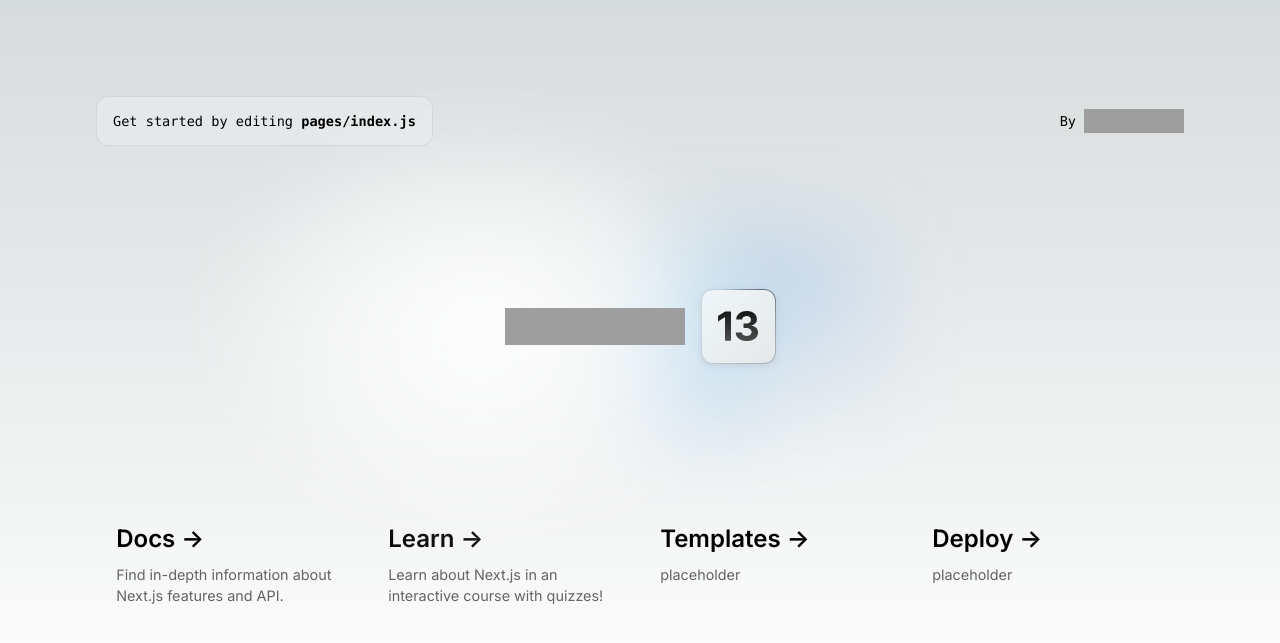
Repository: ajenstory/jencorbett.dev
Page: / (app in app/)
The author's editor kept a copy of each file at every save. The page is drawn from the files as they stood at one save, then again after the next save.
The browser window is 1280 px wide. The pictures show the whole page.
Pictures or frames that could not be fetched are drawn as grey boxes. The project was rebuilt for these pictures with package versions that can differ from the ones it lists, and the page was loaded fresh each time. The framework's server and built-in components were replaced by stand-ins that run in the browser. Also part of the build but not shown: app/next.config.js.

Above is the page before, as saved 2023-03-18 17:54:37.

After the next save:
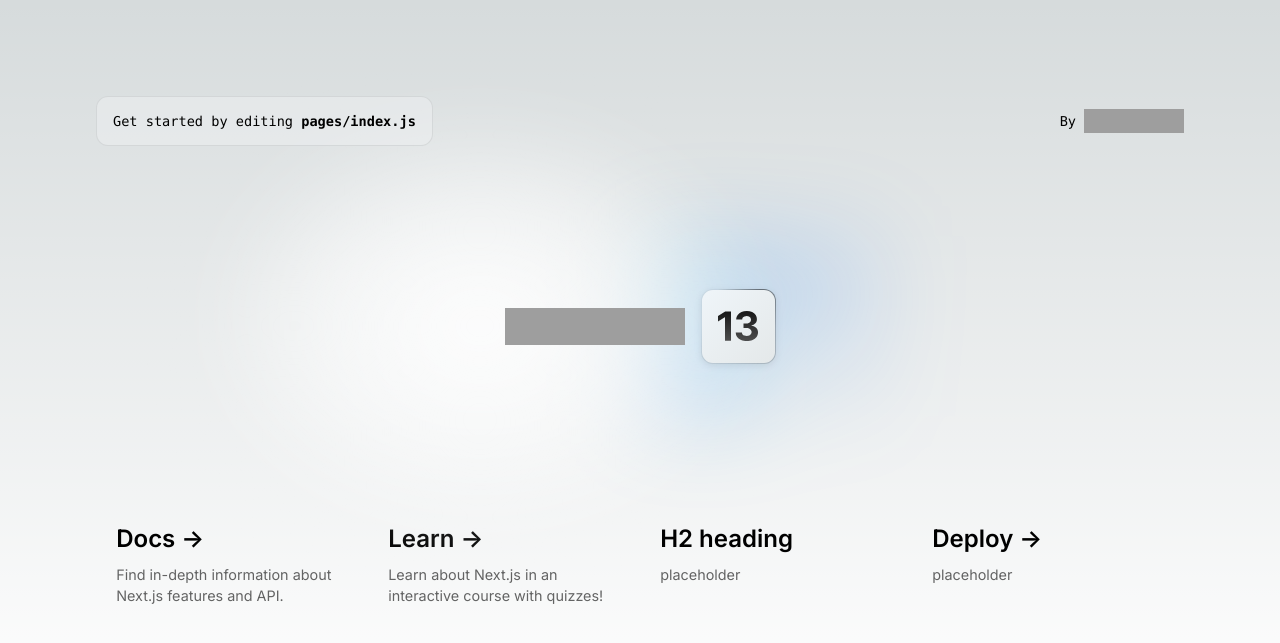
Saved 5 s later.
--- a/app/pages/index.js
+++ b/app/pages/index.js
@@ -95,7 +95,7 @@ export default function Home() {
             rel="noopener noreferrer"
           >
             <h2 className={inter.className}>
-              Templates <span>-&gt;</span>
+           H2 heading
             </h2>
             <p className={inter.className}>
               placeholder
